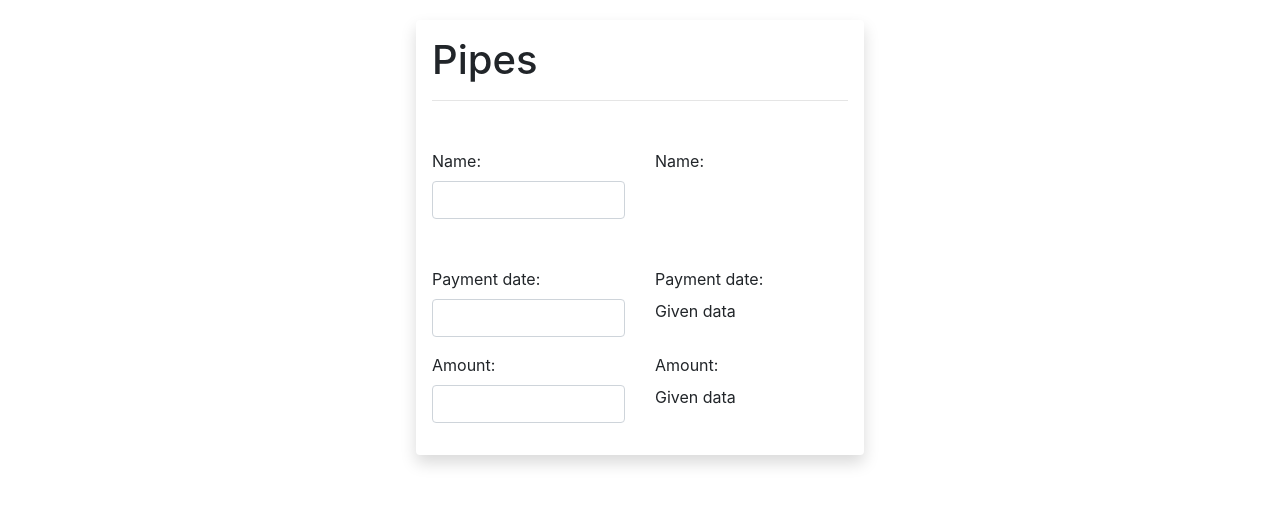
Repository: Evincars/udemy-angular
Page: / (app in pipes/)
These files come from the project's save history. The page is drawn as it stood at one moment and after the next save; the edit follows.
The browser window is 1280 px wide. The pictures show the whole page.
The project was rebuilt for these pictures with package versions that can differ from the ones it lists, and the page was loaded fresh each time. Also part of the build but not shown: pipes/angular.json.

Above is the page before, as saved 2020-04-05 10:23:02.

After the next save:
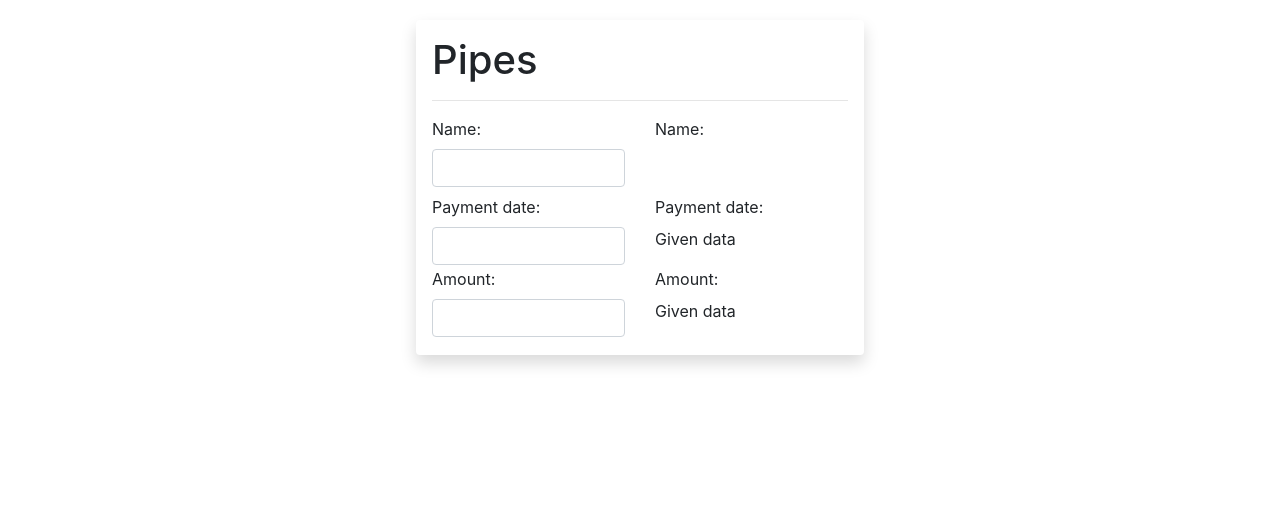
Saved 19 s later.
--- a/pipes/src/app/app.component.html
+++ b/pipes/src/app/app.component.html
@@ -1,16 +1,14 @@
 <div class="container shadow p-3 mb-5 bg-white rounded">
   <h1>Pipes</h1>
   <hr />
-  <div class="row my-5">
+  <div class="row my-2">
     <div class="col-md-6">
-      <!-- <div class="form-group"> -->
-        <label>Name:</label>
-        <input
-          type="text"
-          class="form-control"
-          (input)="onNameChange($event.target.value)"
-        />
-      <!-- </div> -->
+      <label>Name:</label>
+      <input
+        type="text"
+        class="form-control"
+        (input)="onNameChange($event.target.value)"
+      />
     </div>
     <div class="col-md-6">
       <label>Name:</label>
@@ -19,10 +17,8 @@
   </div>
   <div class="row">
     <div class="col-md-6">
-      <div class="form-group">
-        <label>Payment date:</label>
-        <input type="text" class="form-control" />
-      </div>
+      <label>Payment date:</label>
+      <input type="text" class="form-control" />
     </div>
     <div class="col-md-6">
       <label>Payment date:</label>
@@ -31,10 +27,8 @@
   </div>
   <div class="row">
     <div class="col-md-6">
-      <div class="form-group">
-        <label>Amount:</label>
-        <input type="text" class="form-control" />
-      </div>
+      <label>Amount:</label>
+      <input type="text" class="form-control" />
     </div>
     <div class="col-md-6">
       <label>Amount:</label>
